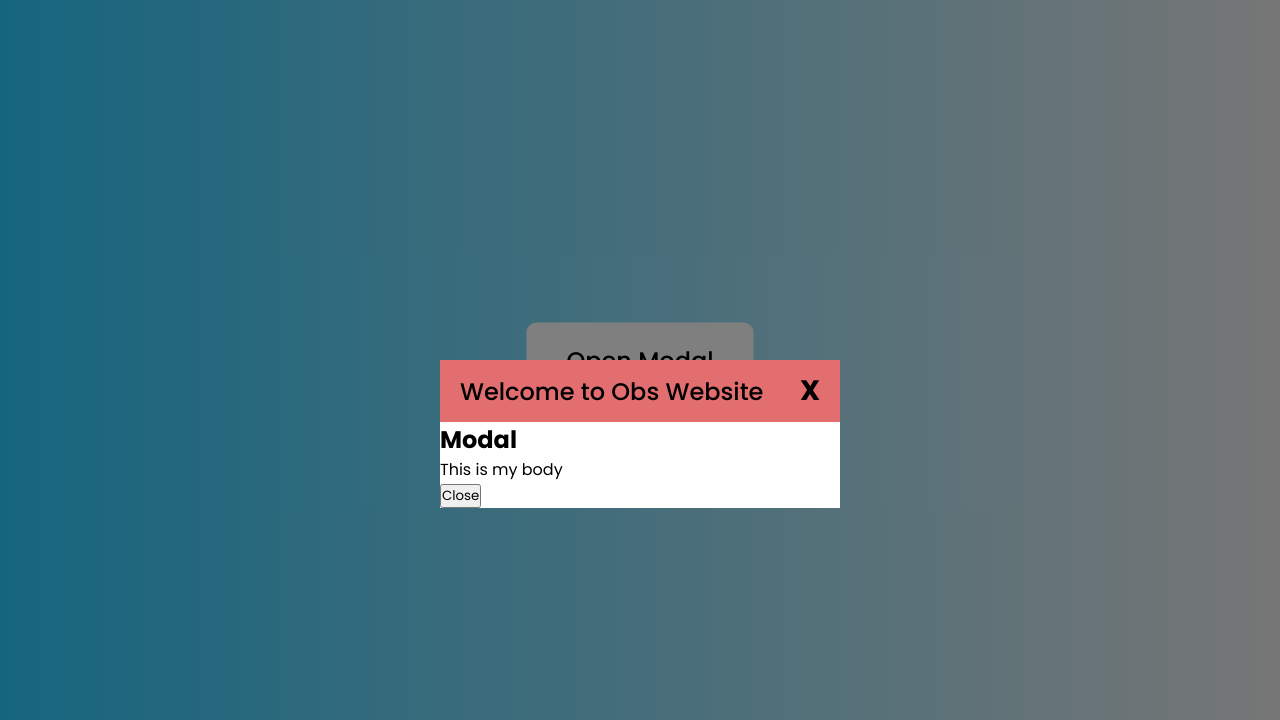
Repository: lausamtuong/Modal_card
Page: index.html
These files come from the project's save history. The page is drawn as it stood at one moment and after the next save; the edit follows.
The browser window is 1280 px wide. The pictures show the whole page.
The style sheet was rebuilt from its Sass, Less or Tailwind sources for each picture, by a compiler version that may differ from the author's.

Above is the page before, as saved 2021-12-15 06:55:14.

### index.html
<!DOCTYPE html>
<html lang="en">
<head>
    <meta charset="UTF-8">
    <meta http-equiv="X-UA-Compatible" content="IE=edge">
    <meta name="viewport" content="width=device-width, initial-scale=1.0">
    <link rel="stylesheet" href="style.css">
    <link href="https://fonts.googleapis.com/css2?family=Poppins:wght@400;500;700&display=swap" rel="stylesheet">
    <title>Document</title>
</head>
<body>
    <button class="open__btn">Open Modal</button>
    <div class="modal">
        <div class="modal__inner">
            <div class="modal__header">
                <p>Welcome to Obs Website</p>
                <h3>X</h3>
            </div>
            <div class="modal__body">
                <h2>Modal</h2>
                <p>This is my body</p>
            </div>
            <div class="modal__footer">
                <button class="modal__close-btn">Close</button>
            </div>
        </div>
    </div>
</body>
</html>

### style.scss
*{
    margin: 0;
    padding: 0;
    box-sizing: border-box;
    font-family: 'Poppins', sans-serif;
}
:root{
    --primary-color:#e26e70;
}
body{
    height: 100vh;
    background:  linear-gradient( to right,#2cccff ,#eee );;
}
.open__btn{
     position: relative;;
   top:50%;
   left:50%;
   transform: translate(-50%,-50%);
   outline: none;
   border: none;
   padding : 20px 40px;
   font-weight: 500;
   font-size: 1.5rem;
   border-radius: 10px;
   background-color:#fff;
   &:hover{
      opacity: 0.7;
       cursor: pointer;
       transition: 0.5s;
   }
}
.modal{
    background-color: rgba(0,0,0,0.5);
    position:fixed;
    top:0;
    height: 100vh;
    width:100vw;
    &__inner{
        position:relative;
        width:400px;
        top:50%;
        margin : auto;
        background-color: #fff;
    }
    &__header{
        display: flex;
        justify-content: space-between;
        align-items: center;
        background-color:var(--primary-color);
        padding:10px 20px;
        font-weight: 500;
        font-size: 1.5rem;
    }
}

After the next save:
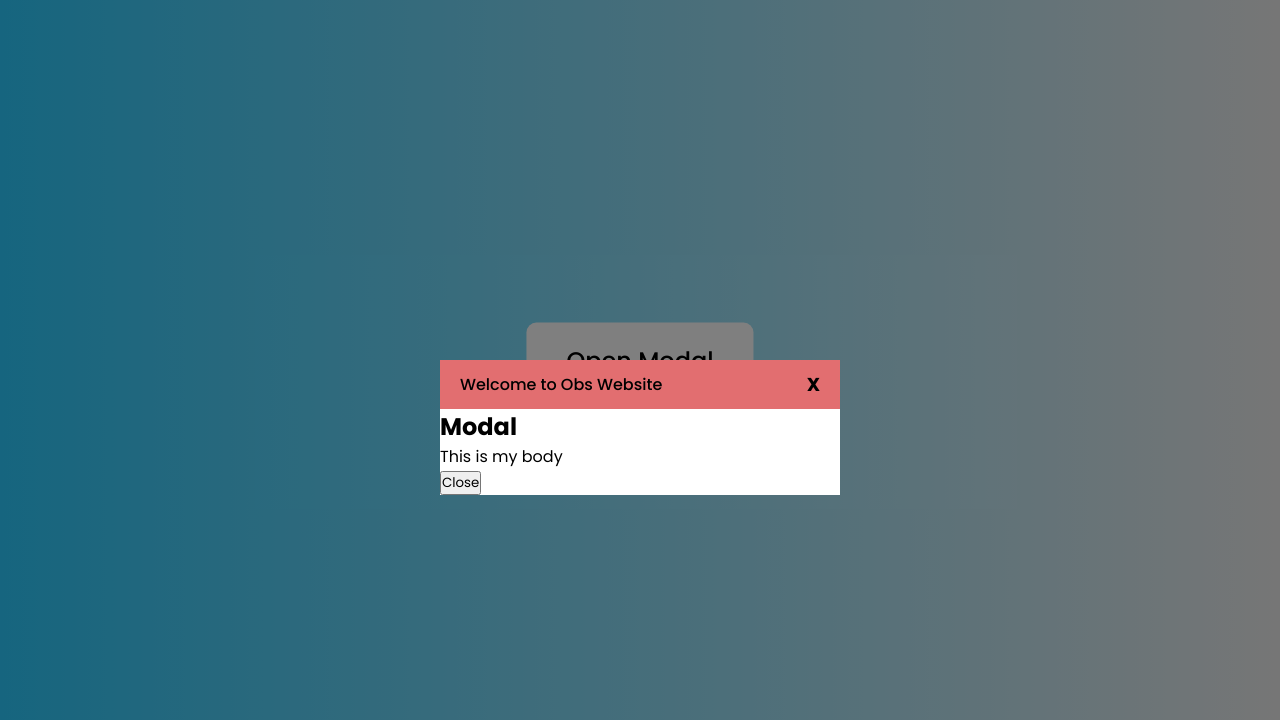
Saved 7 s later.
--- a/style.scss
+++ b/style.scss
@@ -49,6 +49,6 @@ body{
         background-color:var(--primary-color);
         padding:10px 20px;
         font-weight: 500;
-        font-size: 1.5rem;
+        font-size: 1rem;
     }
 }
